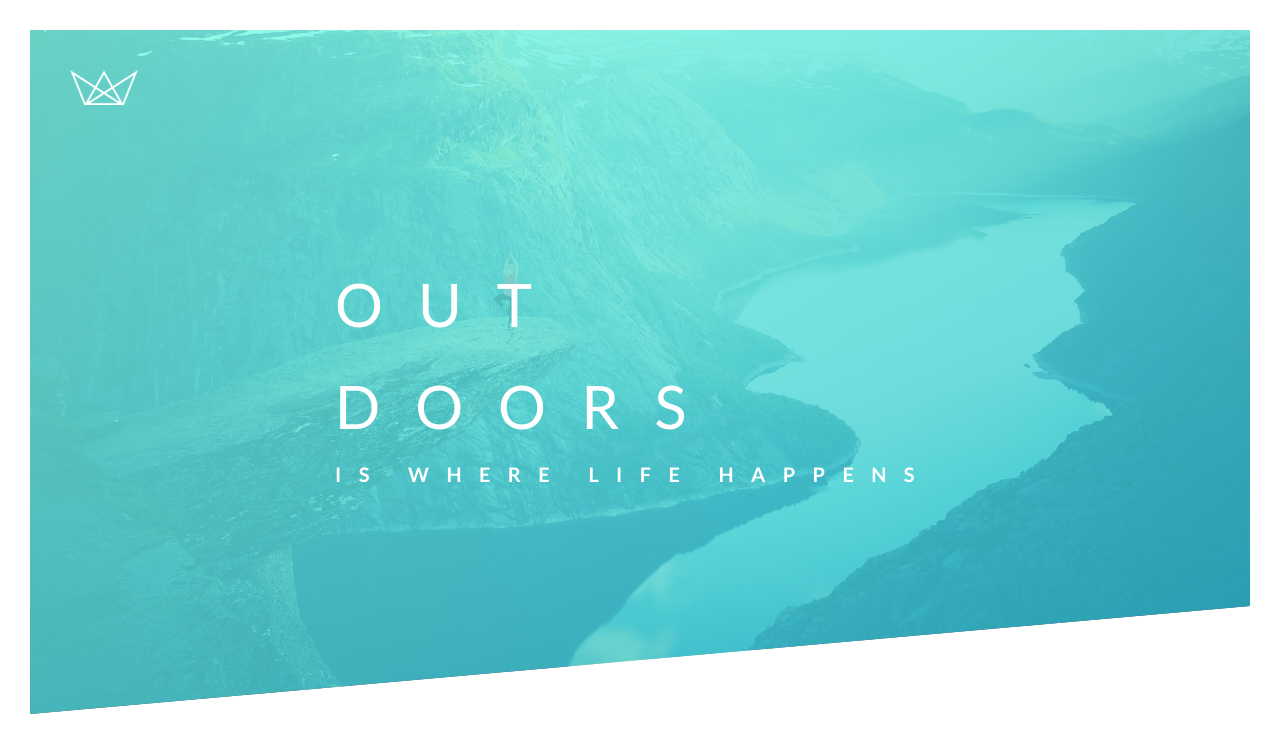
Repository: haokiet2501/natours-page
Page: index.html
An editor plug-in stored every save of this project. The page is shown before and after the next save, followed by the edit.
The browser window is 1280 px wide. The pictures show the whole page.

Above is the page before, as saved 2022-07-31 17:12:48.

### index.html
<!DOCTYPE html>
<html lang="en">
<head>
    <meta charset="UTF-8">
    <meta http-equiv="X-UA-Compatible" content="IE=edge">
    <meta name="viewport" content="width=device-width, initial-scale=1.0">
    <link rel="shortcut icon" href="img/favicon.png" type="image/x-icon">
    <link rel="stylesheet" href="styles.css">
    <title>Natours</title>
</head>
<body>
    <header class="header">
        <div class="logo">
            <img src="img/logo-white.png" alt="Logo" class="logo-img">
        </div>
        <div class="heading">
            <h1 class="heading-text">
                <span class="heading-subtitle">
                    Out doors
                </span>
                <span class="heading-subtext">
                    is where life happens
                </span>
            </h1>
        </div>
    </header>
</body>
</html>

### styles.css
@import url('https://fonts.googleapis.com/css2?family=Lato:wght@300;400;700;900&display=swap');

* {
    margin: 0;
    padding: 0;
    box-sizing: border-box;
}

:root {
    --lighten-blue: #69ffd7;
    --medium-blue: #3badd4;
    --dark-blue: #1b92c2;
}

body {
    font-family: "Lato", sans-serif;
    line-height: 1.7;
    font-weight: 400;
    font-size: 16px;
    color: #777;
    padding: 30px;
}

html {
    scroll-behavior: smooth;
}

.header {
    position: relative;
    height: 95vh;
    background-image: linear-gradient(
        to right bottom,
        rgba(126, 255, 232, 0.8),
        rgba(40, 187, 208, 0.8)
        ) ,url("./img/hero.jpg");
    background-size: cover;
    background-position: top;
    clip-path: polygon(0 0, 100% 0, 100% 80vh, 0 100%);
}

.logo {
    position: absolute;
    top: 40px;
    left: 40px;
}

.logo-img {
    height: 35px;
}

.heading {
    position: absolute;
    top: 50%;
    left: 50%;
    transform: translate(-50%, -50%);
}

.heading-text {
    color: #fff;
    text-transform: uppercase;
}

.heading-subtitle {
    display: block;
    font-size: 60px;
    font-weight: 400;
    letter-spacing: 35px;
}

.heading-subtext {
    display: block;
    font-size: 20px;
    font-weight: 700;
    letter-spacing: 17.4px;
}

After the next save:
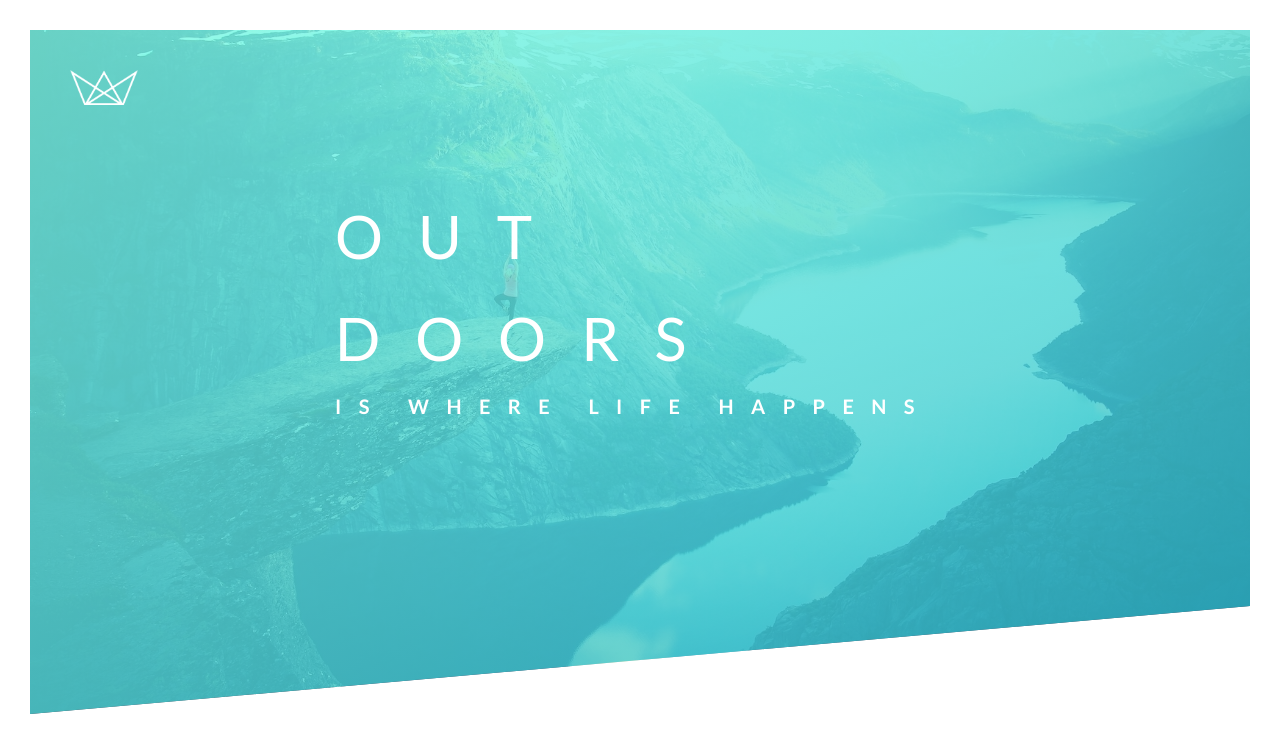
Saved 4 s later.
--- a/styles.css
+++ b/styles.css
@@ -50,7 +50,7 @@ html {
 
 .heading {
     position: absolute;
-    top: 50%;
+    top: 40%;
     left: 50%;
     transform: translate(-50%, -50%);
 }
